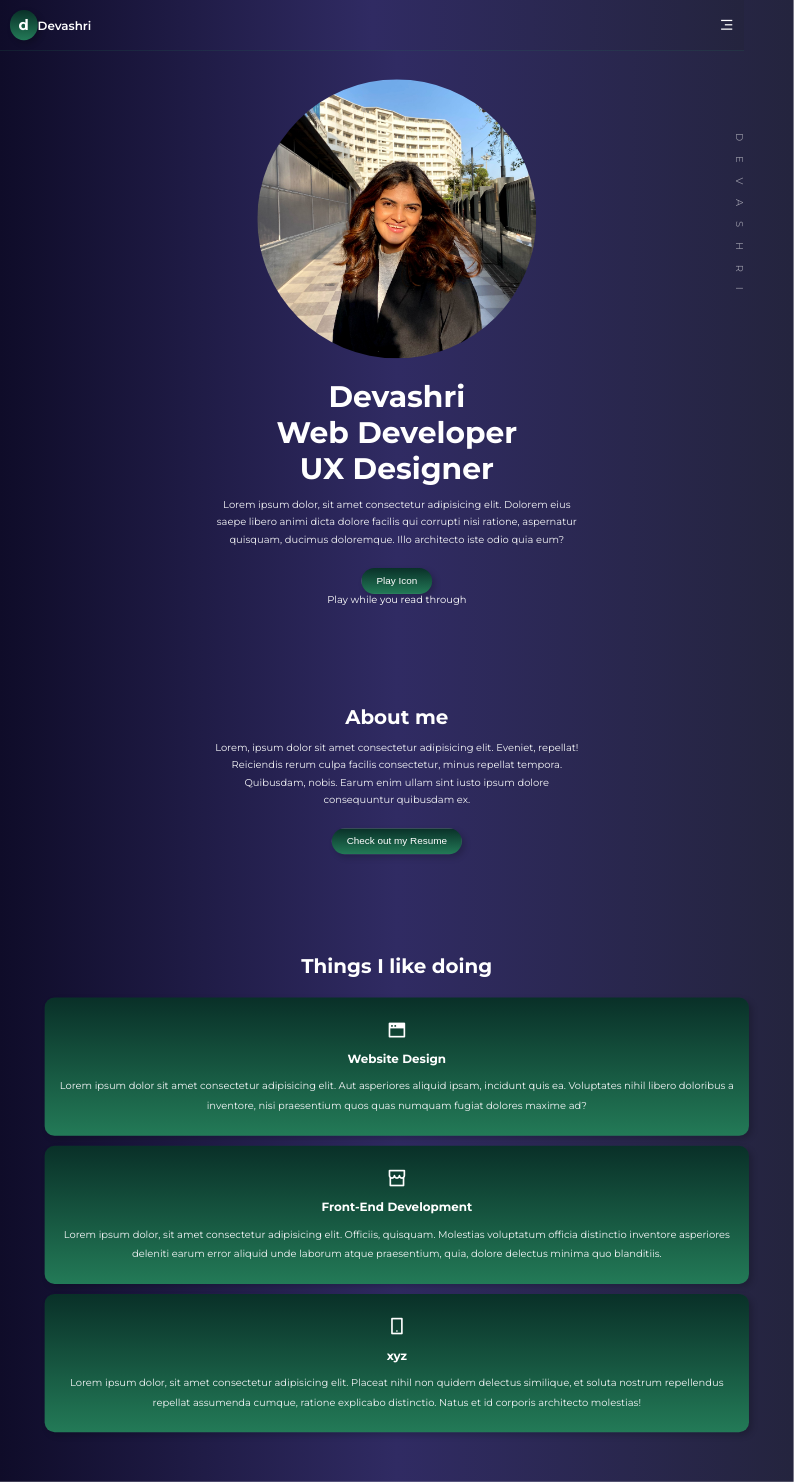
Repository: devashrisamani/devashrisamani.github.io
Page: index.html
An editor plug-in stored every save of this project. The page is shown before and after the next save, followed by the edit.
The browser window is 1280 px wide. The pictures show the whole page, at 62% of full size.

Above is the page before, as saved 2025-09-24 19:41:45.

After the next save:
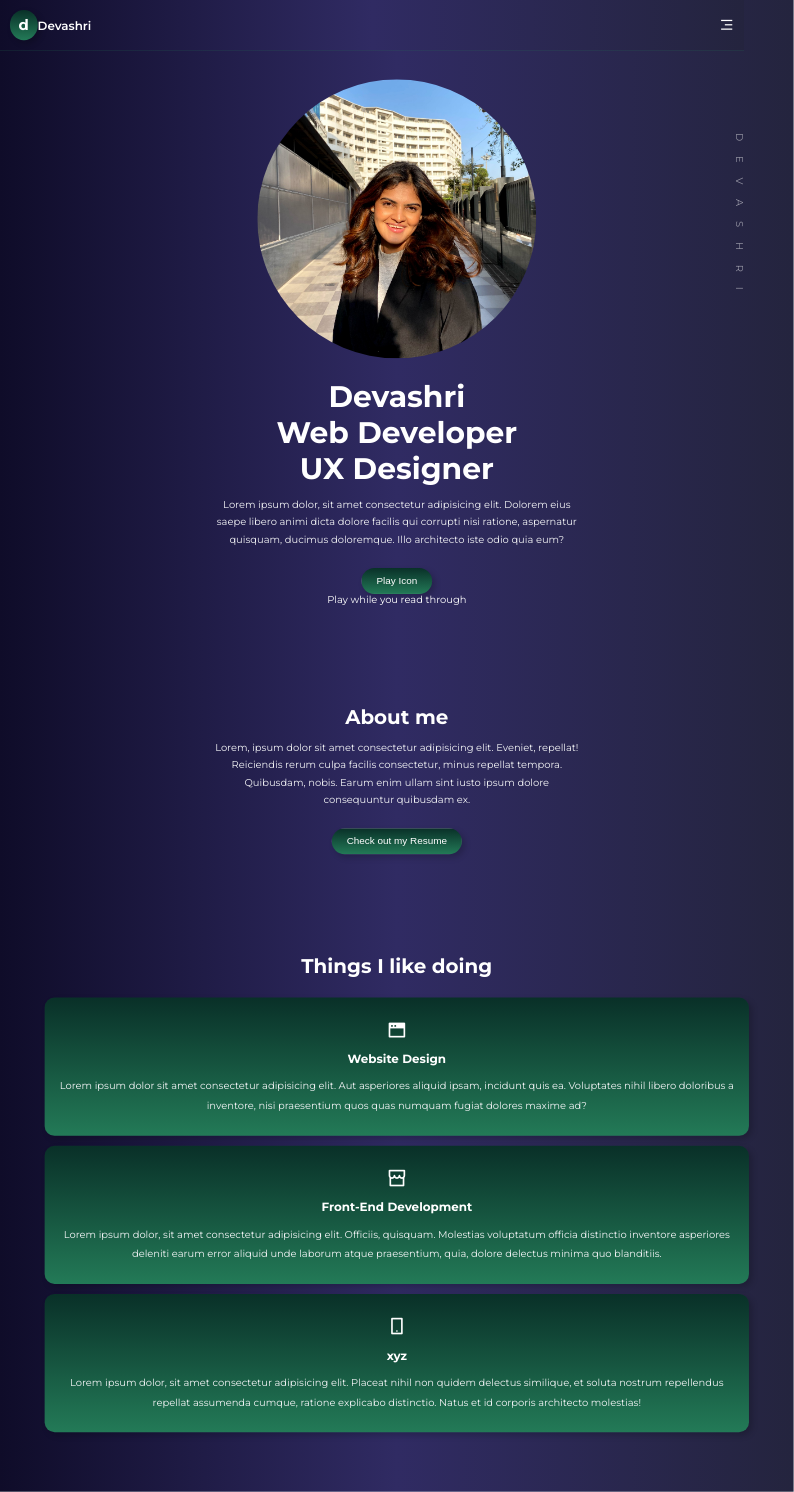
Saved 2 min 50 s later.
--- a/index.html
+++ b/index.html
@@ -111,5 +111,10 @@
         </div>
       </div>
     </section>
+
+    <!-- Portfolio Container -->
+    <section class="seciton__container portfolio__container" id="portfolio">
+      <h2 class="section__header"
+    </section>
   </body>
 </html>
